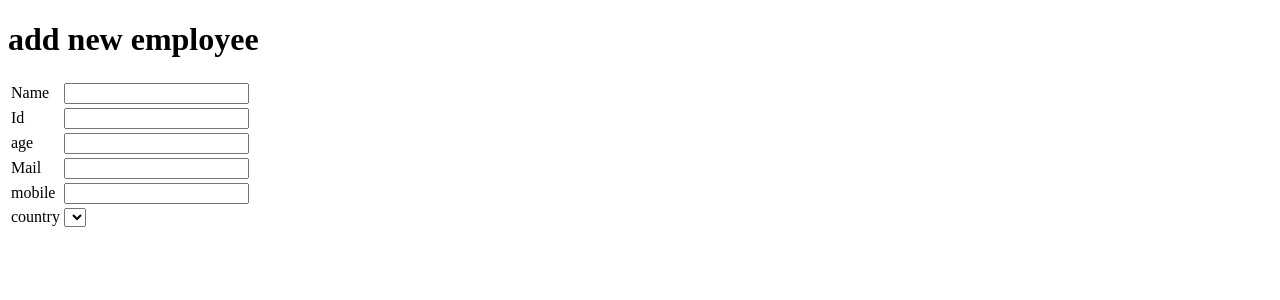
Repository: zeeshan495/AdvanceJava
Page: CrudServlets/WebContent/index.html
These files come from the project's save history. The page is drawn as it stood at one moment and after the next save; the edit follows.
The browser window is 1280 px wide. The pictures show the whole page.

Above is the page before, as saved 2018-06-28 09:38:10.

After the next save:
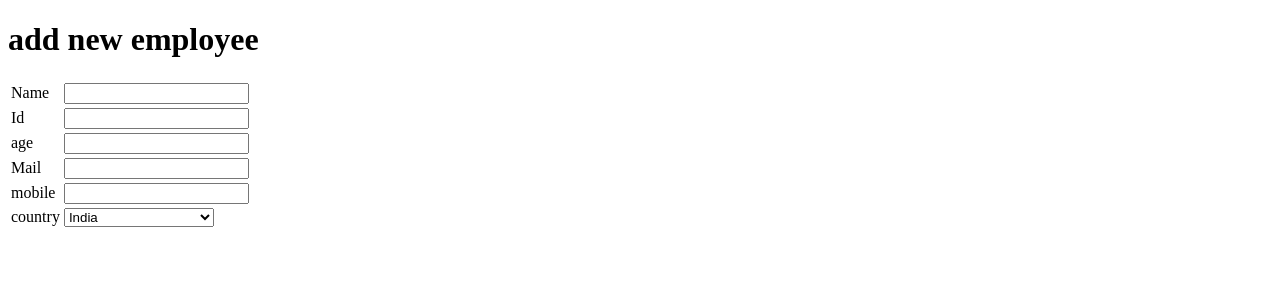
Saved 73 s later.
--- a/CrudServlets/WebContent/index.html
+++ b/CrudServlets/WebContent/index.html
@@ -13,7 +13,14 @@
 <tr><td>age</td><td><input type="text" name="age"></td></tr>
 <tr><td>Mail</td><td><input type="email" name="mail"></td></tr>
 <tr><td>mobile</td><td><input type="text" name="number"></td></tr>
-<tr><td>country</td><td><select name="country"></select>
+<tr><td>country</td><td><select name="country" style="width:150px">
+<option>India</option>
+<option>USA</option>
+<option>UK</option>
+<option>Other</option>
+</select>
+</td></tr>
+</select>
 </table>
 </form>
 </body>
